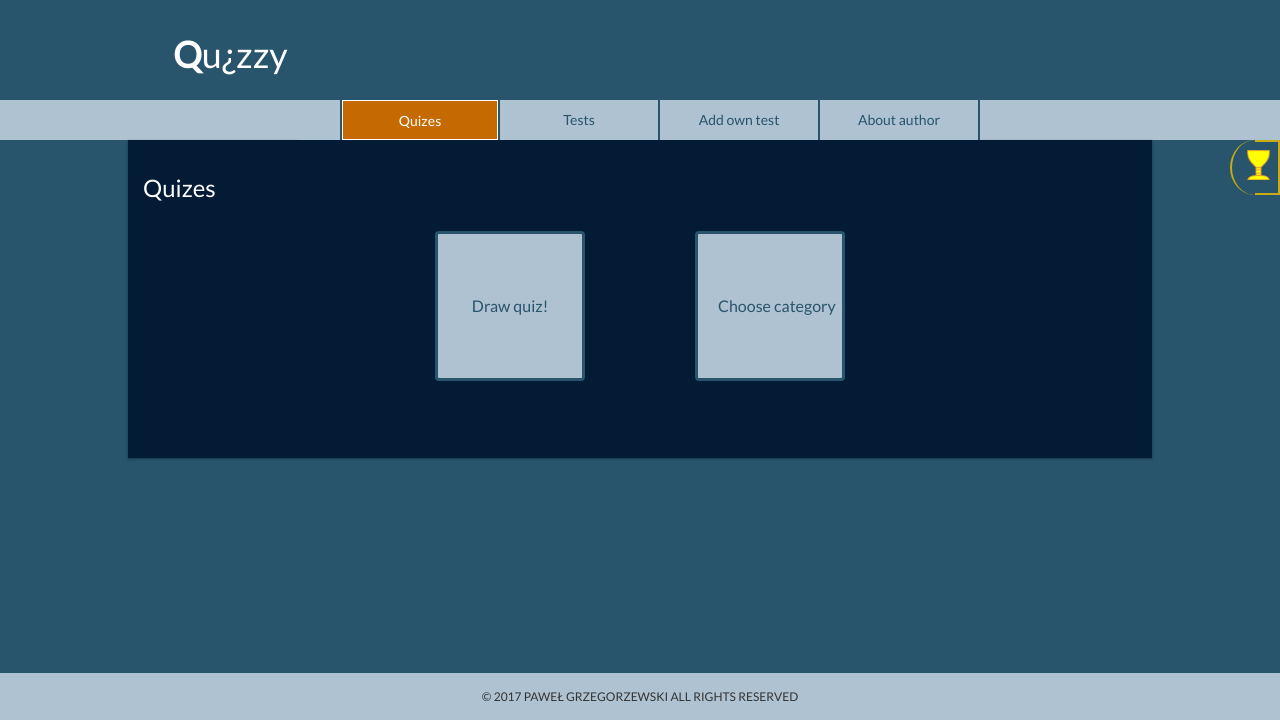
Repository: pgrzegorzewski/quiz
Page: http://localhost/app/quiz.php
An editor plug-in stored every save of this project. The page is shown before and after the next save, followed by the edit.
The browser window is 1280 px wide. The pictures show the whole page.
The pointer rests on the first visible `ol > li`.
Some web libraries are served in a nearby version. The page is run by PHP 8.4 with error messages shown; the project is at /var/www/html/.

Above is the page before, as saved 2017-04-22 14:12:55.

After the next save:
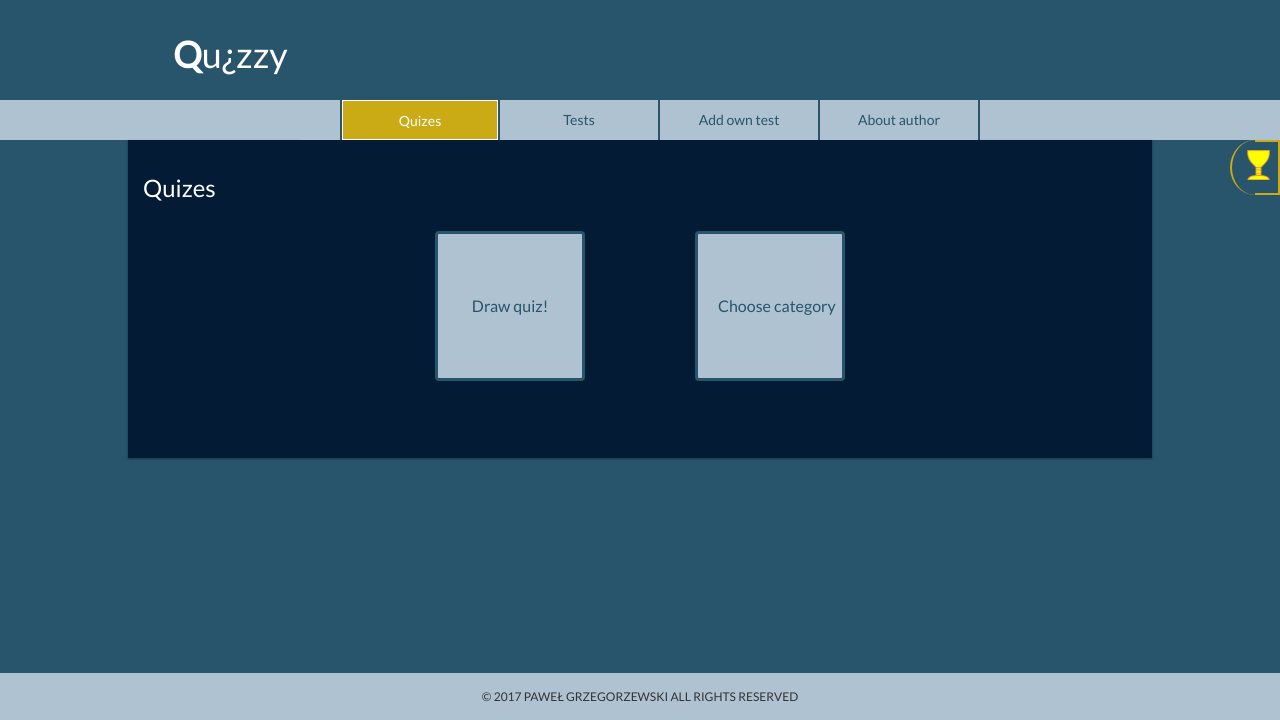
Saved 61 min 4 s later.
--- a/htdocs/app/learningapp/css/index.css
+++ b/htdocs/app/learningapp/css/index.css
@@ -162,7 +162,7 @@ ol > li
 
 ol > li:hover
 {
-	background-color:#C56A00;
+	background-color:#CAAB15;
 
 }
 
